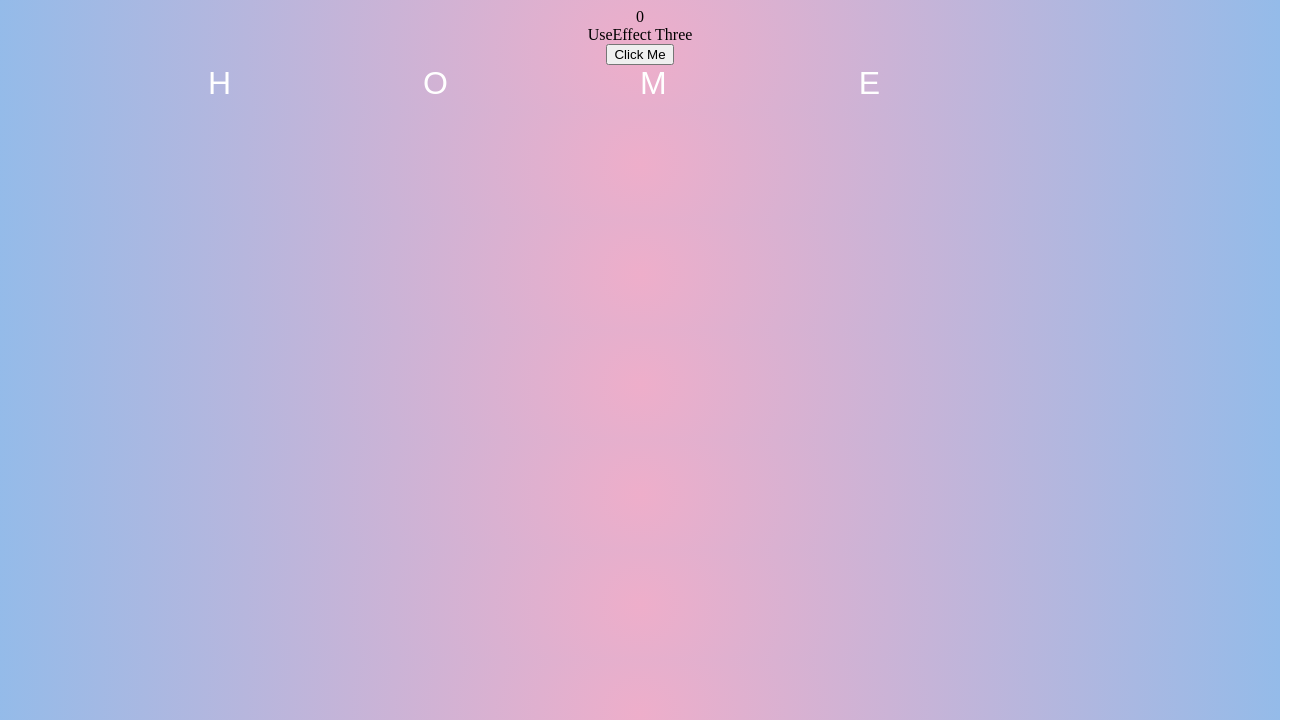
Repository: juliet-jskim/week-8-useEffect-carousel
Page: /useEffectThree
These files come from the project's save history. The page is drawn as it stood at one moment and after the next save; the edit follows.
The browser window is 1280 px wide. The page is 1280 px wide, then 1312 px, so the pictures cover 1312 px, including what lies to the right of the window. The pictures show the whole page.
The project was rebuilt for these pictures with package versions that can differ from the ones it lists, and the page was loaded fresh each time. The framework's server and built-in components were replaced by stand-ins that run in the browser. Also part of the build but not shown: next.config.js.

Above is the page before, as saved 2023-02-20 23:09:34.

### pages/useEffectThree.js
import { useEffect, useState } from "react"
import Link from "next/link";
import styles from "@/styles/UseEffectThree.module.css"


export default function UseEffectThree() {
    const [number, setNumber] = useState(0);

    const [value, setValue] = useState(-10);

    useEffect(()=> {
        setValue(value + 10)
    }, [number])

    return(
        <>
        <main className={styles.main_container}>
            <div className={styles.home_link}>
                <Link  style={{ textDecoration: 'none',  color: 'white' }} href="/">Home</Link>
            </div>

            <div>
                <button onClick={() => setNumber(number +1)}>Click Me</button>
            </div>
            <div>
                UseEffect Three
            </div>
            <div>
                {value}
            </div>
        </main>

        </>
    )
}

### styles/globals.css
:root {
  /** add colors you want to add to all the pages here**/
  background: rgb(238,174,202);
  background: radial-gradient(circle, rgba(238,174,202,1) 0%, rgba(148,187,233,1) 100%);

}

### styles/UseEffectThree.module.css
.main_container{
    display: flex;
    flex-direction: column-reverse;
    justify-content: center;
    align-items: center;

}

.home_link{
    font-size: 2rem;
    text-transform: uppercase;
    font-family: Arial, Helvetica, sans-serif;
    writing-mode: horizontal-tb;
    letter-spacing: 12rem;
}

Loaded but not shown: pages/_app.js (common file); pages/_document.js (common file)

After the next save:
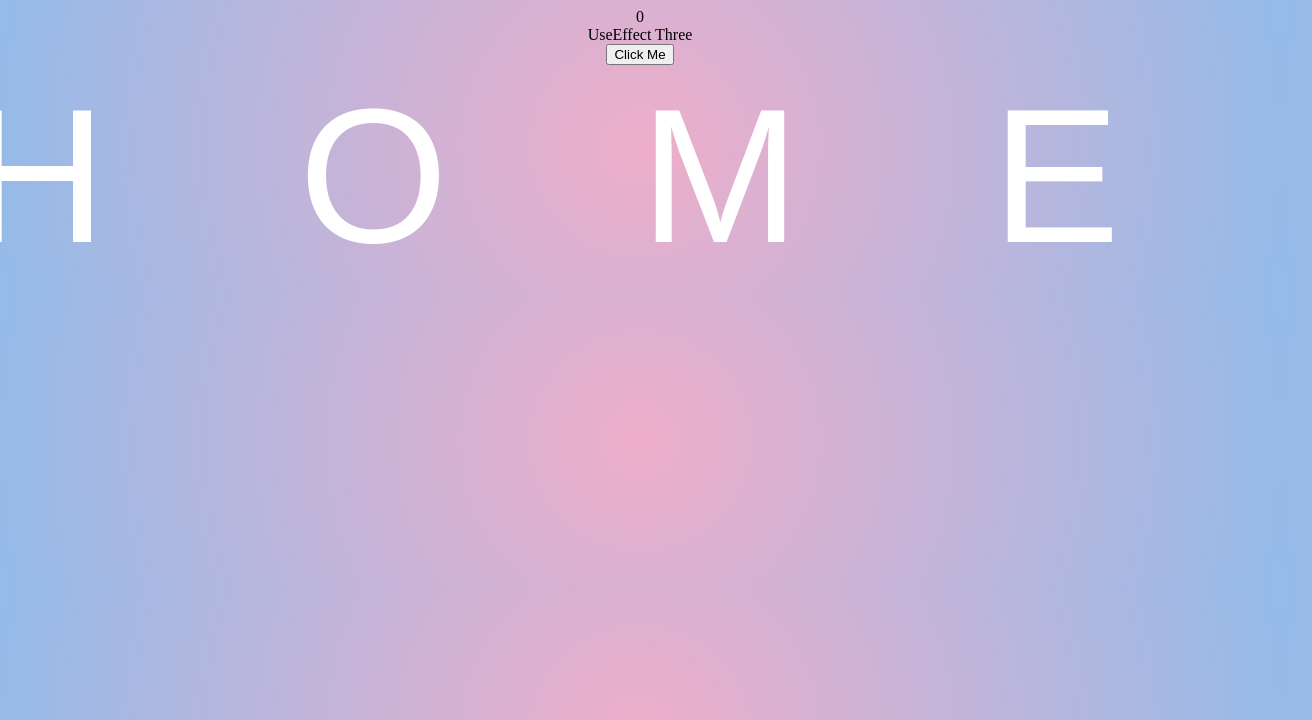
Saved 4 s later.
--- a/styles/UseEffectThree.module.css
+++ b/styles/UseEffectThree.module.css
@@ -7,7 +7,7 @@
 }
 
 .home_link{
-    font-size: 2rem;
+    font-size: 12rem;
     text-transform: uppercase;
     font-family: Arial, Helvetica, sans-serif;
     writing-mode: horizontal-tb;
